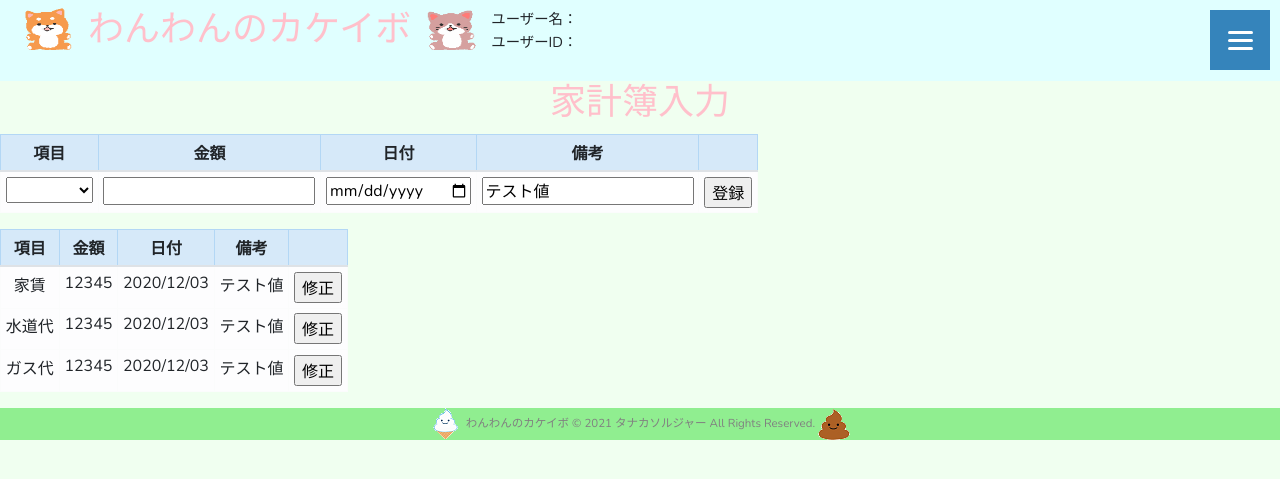
Repository: tatsuya-tanaka27/wanwannokakeibo
Page: laravelapp/resources/views/kakeibo/input.blade.php
An editor plug-in stored every save of this project. The page is shown before and after the next save, followed by the edit.
The browser window is 1280 px wide. The pictures show the whole page.
Some web fonts or font styles are not loaded; a fallback is used. The page is served by the project's Laravel application, run on PHP 8.4 with Laravel 8. The template is opened directly, without the code that normally fills it, so the values that code supplies are empty.

Above is the page before, as saved 2021-03-06 17:27:22.
Console error: ReferenceError: $ is not defined

After the next save:
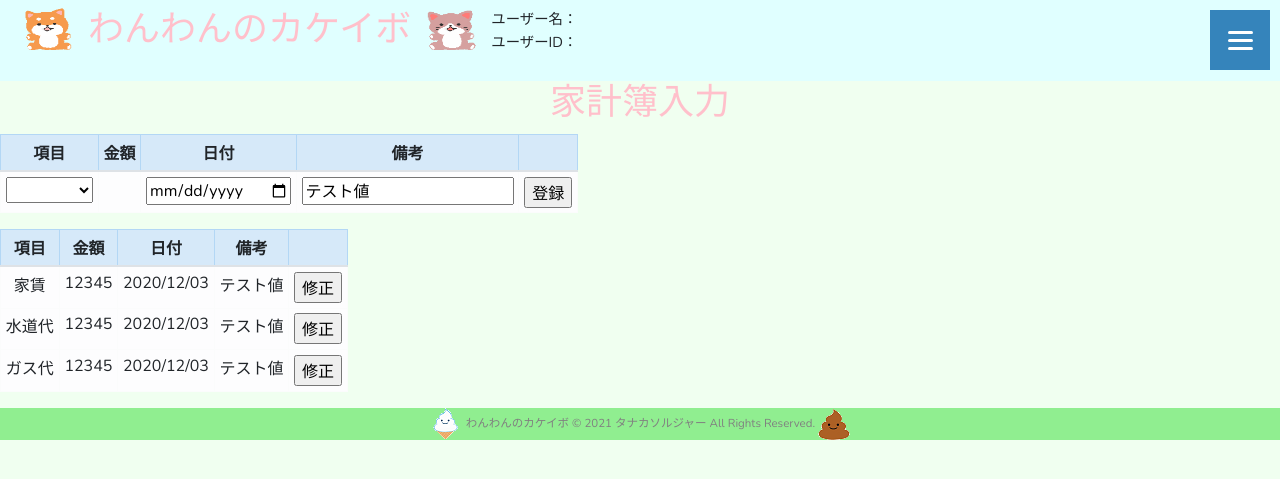
Saved 10 s later.
--- a/laravelapp/resources/views/kakeibo/input.blade.php
+++ b/laravelapp/resources/views/kakeibo/input.blade.php
@@ -29,8 +29,7 @@
 					</select>
 				</td>
 				<td>
-					<input
-						type="tel"
+					<input　type="tel"
 											name="amount"
 											class="input_amount"
 											value=""
